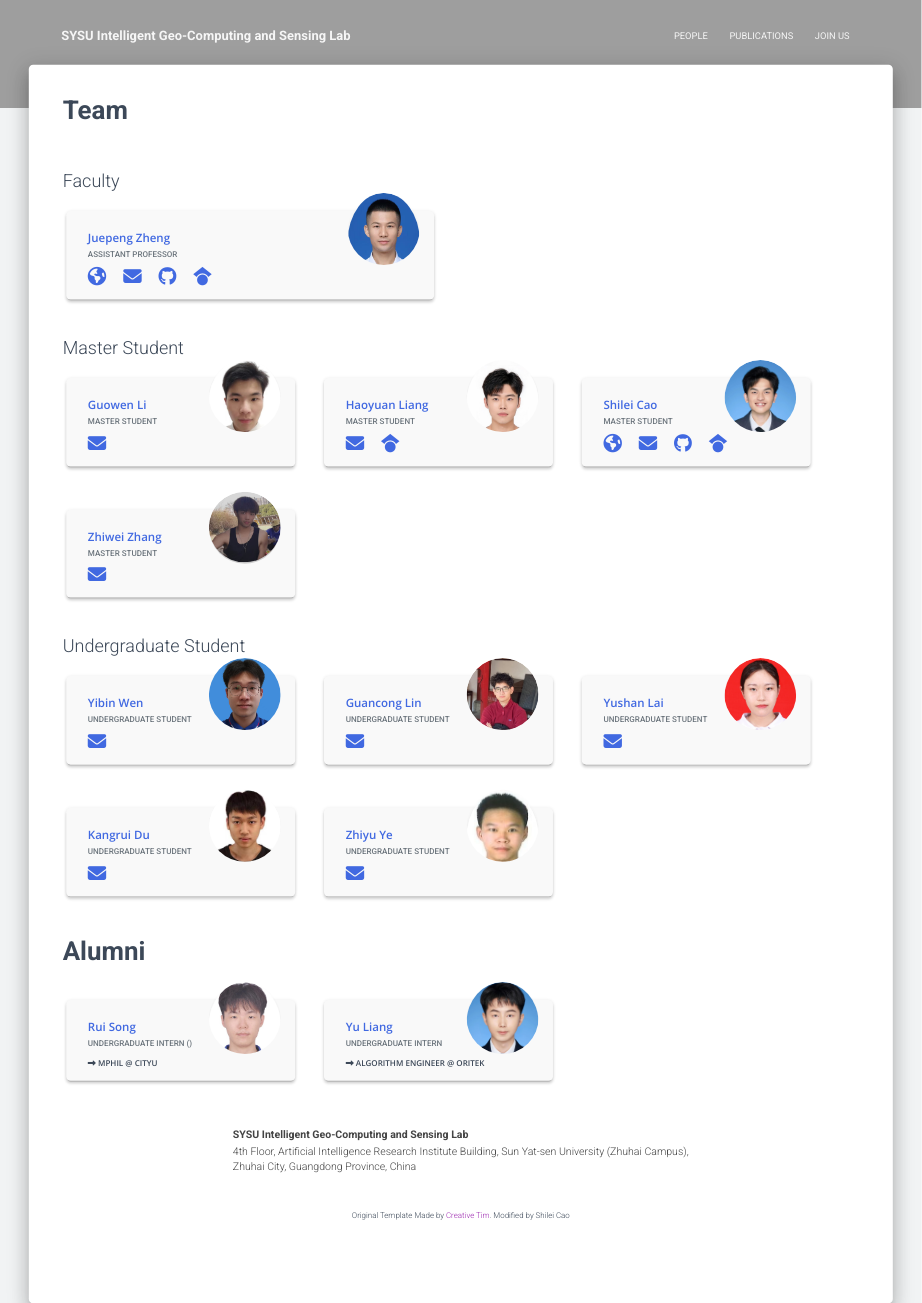
Repository: rssysu/rssysu.github.io
Page: people.html
An editor plug-in stored every save of this project. The page is shown before and after the next save, followed by the edit.
The browser window is 1280 px wide. The pictures show the whole page, at 72% of full size.
Pictures or frames that could not be fetched are drawn as grey boxes. Some web libraries are served in a nearby version.

Above is the page before, as saved 2025-03-18 20:29:32.

### people.html
<!DOCTYPE html>
<html lang="en">

<head>
    <meta charset="utf-8">
    <meta content="width=device-width, initial-scale=1.0, maximum-scale=1.0, user-scalable=0" name="viewport" />
    <meta http-equiv="X-UA-Compatible" content="IE=edge,chrome=1" />
    <!-- Favicons -->
    <!-- <link rel="apple-touch-icon" href="./assets/img/kit/free/apple-icon.png"> -->
    <link rel="icon" href="./assets/img/kit/free/sysu.ico">
    <title>
        SYSU IGCS Lab
    </title>
    <!--     Fonts and icons     -->
    <link rel="stylesheet" type="text/css" target="_blank" href="https://fonts.googleapis.com/css?family=Open+Sans:+400,500,600,700|Roboto:300,400,500,700|Roboto+Slab:400,700|Material+Icons" />
    <link rel="stylesheet" href="https://maxcdn.bootstrapcdn.com/font-awesome/latest/css/font-awesome.min.css" />
    <link rel="stylesheet" href="./assets/css/material-kit.css?v=2.0.2">
    <script src="https://kit.fontawesome.com/516fc2d02f.js" crossorigin="anonymous"></script>
    <!-- Documentation extras -->
    <!-- CSS Just for demo purpose, don't include it in your project -->
    <!-- <link href="./assets/assets-for-demo/demo.css" rel="stylesheet" /> -->
    <!-- iframe removal -->
</head>

<body class="index-page">
    <nav class="navbar navbar-color-on-scroll navbar-transparent navbar-light fixed-top navbar-expand-lg " color-on-scroll="0" id="sectionsNav">
        <div w3-include-html="header.html" class="container"></div>
    </nav>

    <div class="page-header2 header-filter clear-filter" data-parallax="true" style="background-image: url('assets/img/sysu1.jpg'); background-position-y: -170px; background-position: top;">
        <div class="container">
            <div class="row">
                <div class="col-md-8 ml-auto mr-auto">
                    <div class="brand">
                    </div>
                </div>
            </div>
        </div>
    </div>


    <div class="main main-raised">
        <div class="container">
            <div class="title" style="margin-bottom: 0em;">
              <h2><b>Team</b></h2>
            </div>
            <br>
            <div class="title" style="margin-bottom: -1em;">
                <h3>Faculty</h3>
            </div>

            <div class="row">
                <div class="card" style="width: 45%;">
                  <div class="card-body">
                        <div class="author">
                            <div class="avatar">
                                <img src="./assets/img/kit/faces/zjp-1.jpg" class="img-raised rounded-circle img-fluid"/>
                            </div>
                        </div>
                        <h4 class="card-title"> <a href= "./assets/resume/zjp.html" target="_blank"> Juepeng Zheng </a> </h4>
                        <h6 class="card-subtitle mb-2 text-muted">Assistant Professor</h6>
                        <!-- </a> -->
                    <a href="https://hail-alloy-af4.notion.site/Juepeng-Zheng-d3b70a4b409145139c91e55813cc80fa" class="card-link" target="_blank"><i class="fa fa-globe fa-2x" aria-hidden="true"></i></a>
                    <a href="mailto:" class="card-link"><i class="fa fa-envelope fa-2x" aria-hidden="true"></i></a>
                    <a href="https://github.com/rs-dl" class="card-link" target="_blank"><i class="fa fa-github fa-2x" aria-hidden="true"></i></a>
                    <a href="https://scholar.google.com/citations?user=xrb-A3kAAAAJ&hl=zh-CN&oi=ao" class="card-link" target="_blank"><i class="fa-brands fa-google-scholar fa-2x" aria-hidden="true"></i></a>
                  </div>
                </div>

            </div>

            <div class="title" style="margin-bottom: -1em;">
                <h3>Master Student</h3>
            </div>

            <div class="row">

                <div class="card" style="width: 28%;">
                    <div class="card-body">
                            <div class="author">
                                <div class="avatar">
                                    <img src="./assets/img/kit/faces/lgw.jpg" class="img-raised rounded-circle img-fluid"/>
                                </div>
                            </div>
                            <h4 class="card-title"> <a href="./assets/resume/lgw.html" target="_blank"> Guowen Li </a></h4>
                            <h6 class="card-subtitle mb-2 text-muted">Master Student</h6>

                            <a href="mailto:ligw8@mail2sysu.edu.cn" class="card-link"><i class="fa fa-envelope fa-2x" aria-hidden="true"></i></a>

                    </div>
                </div>

                <div class="card" style="width: 28%;">
                    <div class="card-body">
                            <div class="author">
                                <div class="avatar">
                                    <img src="./assets/img/kit/faces/lhy.jpg" class="img-raised rounded-circle img-fluid"/>
                                </div>
                            </div>
                            <h4 class="card-title"> <a href="./assets/resume/lhy.html" target="_blank">  Haoyuan Liang </a> </h4>
                            <h6 class="card-subtitle mb-2 text-muted">Master Student</h6>

                            <a href="mailto:lianghy68@mail2.sysu.edu.cn" class="card-link"><i class="fa fa-envelope fa-2x" aria-hidden="true"></i></a>
                            <a href="https://scholar.google.com/citations?hl=en&user=O40gNsQAAAAJ" class="card-link" target="_blank"><i class="fa-brands fa-google-scholar fa-2x" aria-hidden="true"></i></a>
                    </div>
                </div>

                <div class="card" style="width: 28%;">
                    <div class="card-body">
                          <div class="author">
                              <div class="avatar">
                                  <img src="./assets/img/kit/faces/csl.jpg" class="img-raised rounded-circle img-fluid"/>
                              </div>
                          </div>
                          <h4 class="card-title" > <a href="./assets/resume/csl.html" target="_blank">  Shilei Cao </a></h4>
                          <h6 class="card-subtitle mb-2 text-muted">Master Student</h6>
                            <a href="https://shileicao.github.io/" class="card-link" target="_blank"><i class="fa fa-globe fa-2x" aria-hidden="true"></i></a>
                            <a href="mailto:caoshlei@mail2.sysu.edu.cn" class="card-link"><i class="fa fa-envelope fa-2x" aria-hidden="true"></i></a>
                            <a href="https://github.com/ShileiCao" class="card-link" target="_blank"><i class="fa fa-github fa-2x" aria-hidden="true"></i></a>
                            <a href="https://scholar.google.com/citations?user=-bCjtakAAAAJ&hl=en" class="card-link" target="_blank"><i class="fa-brands fa-google-scholar fa-2x" aria-hidden="true"></i></a>
                    </div>
                </div>

                <div class="card" style="width: 28%;">
                    <div class="card-body">
                            <div class="author">
                                <div class="avatar">
                                    <img src="./assets/img/kit/faces/zzw.jpg" class="img-raised rounded-circle img-fluid"/>
                                </div>
                            </div>
                            <h4 class="card-title"> <a href="./assets/resume/zzw.html" target="_blank">  Zhiwei Zhang </a> </h4>
                            <h6 class="card-subtitle mb-2 text-muted">Master Student</h6>
                            <a href="mailto:zhangzhw65@mail2.sysu.edu.cn" class="card-link"><i class="fa fa-envelope fa-2x" aria-hidden="true"></i></a>
                    </div>
                </div>

            </div>


            <div class="title" style="margin-bottom: -1em;">
                <h3>Undergraduate Student</h3>
            </div>

            <div class="row">


                <div class="card" style="width: 28%;">
                    <div class="card-body">
                          <div class="author">
                              <div class="avatar">
                                  <img src="./assets/img/kit/faces/wyb.jpg" class="img-raised rounded-circle img-fluid"/>
                              </div>
                          </div>
                          <h4 class="card-title"> <a href="./assets/resume/wyb.html" target="_blank"> Yibin Wen </a></h4>
                          <h6 class="card-subtitle mb-2 text-muted">Undergraduate Student</h6>

                            <a href="mailto:wenyb5@mail2.sysu.edu.cn" class="card-link"><i class="fa fa-envelope fa-2x" aria-hidden="true"></i></a>

                    </div>
                </div>

                <div class="card" style="width: 28%;">
                    <div class="card-body">
                          <div class="author">
                              <div class="avatar">
                                  <img src="./assets/img/kit/faces/lgc.jpg" class="img-raised rounded-circle img-fluid"/>
                              </div>
                          </div>
                          <h4 class="card-title"> <a href="./assets/resume/lgc.html" target="_blank">  Guancong Lin </a></h4>
                          <h6 class="card-subtitle mb-2 text-muted">Undergraduate Student</h6>

                            <a href="mailto:lingc8@mail2.sysu.edu.cn" class="card-link"><i class="fa fa-envelope fa-2x" aria-hidden="true"></i></a>

                    </div>
                </div>

                <div class="card" style="width: 28%;">
                    <div class="card-body">
                          <div class="author">
                              <div class="avatar">
                                  <img src="./assets/img/kit/faces/lys.jpg" class="img-raised rounded-circle img-fluid"/>
                              </div>
                          </div>
                          <h4 class="card-title"> <a href="./assets/resume/lys.html" target="_blank"> Yushan Lai </a></h4>
                          <h6 class="card-subtitle mb-2 text-muted">Undergraduate Student</h6>

                            <a href="mailto:laiysh6@mail2.sysu.edu.cn" class="card-link"><i class="fa fa-envelope fa-2x" aria-hidden="true"></i></a>

                    </div>
                </div>

                <div class="card" style="width: 28%;">
                    <div class="card-body">
                          <div class="author">
                              <div class="avatar">
                                  <img src="./assets/img/kit/faces/dkr.jpg" class="img-raised rounded-circle img-fluid"/>
                              </div>
                          </div>
                          <h4 class="card-title"> <a href="./assets/resume/dkr.html" target="_blank"> Kangrui Du </a></h4>
                          <h6 class="card-subtitle mb-2 text-muted">Undergraduate Student</h6>

                            <a href="mailto:dukr6@mail2.sysu.edu.cn" class="card-link"><i class="fa fa-envelope fa-2x" aria-hidden="true"></i></a>

                    </div>
                </div>

                <div class="card" style="width: 28%;">
                    <div class="card-body">
                          <div class="author">
                              <div class="avatar">
                                  <img src="./assets/img/kit/faces/yzy.jpg" class="img-raised rounded-circle img-fluid"/>
                              </div>
                          </div>
                          <h4 class="card-title"> <a href="./assets/resume/yzy.html" target="_blank"> Zhiyu Ye </a></h4>
                          <h6 class="card-subtitle mb-2 text-muted">Undergraduate Student</h6>
                          <a href="mailto:yezhy26@mail2.sysu.edu.cn" class="card-link"><i class="fa fa-envelope fa-2x" aria-hidden="true"></i></a>

                    </div>
                </div>

            </div>



            <div class="title" style="margin-bottom: 0em;">
              <h2><b>Alumni</b></h2>
            </div>
            <div class="row">

            <div class="card" style="width: 28%;">
                <div class="card-body">
                      <div class="author">
                          <div class="avatar">
                              <img src="./assets/img/kit/faces/sr.jpg" class="img-raised rounded-circle img-fluid"/>
                          </div>
                      </div>
                      <h4 class="card-title"> <a href="./assets/resume/sr.html" target="_blank"> Rui Song </a> </h4>
                      <h6 class="card-subtitle mb-2 text-muted">Undergraduate Intern ()</h6>
                      <h6 class="card-title"> <i class="fa fa-long-arrow-right" aria-hidden="true"></i> MPhil @ CityU </h6>
                        <!-- <a href="mailto:1223324036@qq.com" class="card-link"><i class="fa fa-envelope fa-2x" aria-hidden="true"></i></a>        -->

                </div>
            </div>

            <div class="card" style="width: 28%;">
                <div class="card-body">
                      <div class="author">
                          <div class="avatar">
                              <img src="./assets/img/kit/faces/ly.jpg" class="img-raised rounded-circle img-fluid"/>
                          </div>
                      </div>
                      <h4 class="card-title"> <a href="./assets/resume/ly.html" target="_blank">  Yu Liang </a> </h4>
                      <h6 class="card-subtitle mb-2 text-muted">Undergraduate Intern </h6>
                      <h6 class="card-title"> <i class="fa fa-long-arrow-right" aria-hidden="true"></i> Algorithm Engineer @ Oritek </h6>
                        <!-- <a href="mailto:liangy283@mail2.sysu.edu.cn" class="card-link"><i class="fa fa-envelope fa-2x" aria-hidden="true"></i></a>        -->

                </div>
            </div>

        </div>
    <!--     <div>

                <h4 class="card-title" style="margin-bottom: -0.5em;">Hyunseo Koh<font size="3em"> <font color="gray">(GIST MS, 2023)</font> <i class="fa fa-long-arrow-right" aria-hidden="true"></i> TBD</font></h4>
                <h4 class="card-title" style="margin-bottom: -0.5em;">Jihun Kim<font size="3em"> <font color="gray">(GIST MS, 2023)</font> <i class="fa fa-long-arrow-right" aria-hidden="true"></i> Minds and company (Mil. Oblig.)</font></h4>
                <h4 class="card-title" style="margin-bottom: -0.5em;">Dahyun Kim<font size="3em"> <font color="gray">(GIST MS, 2022)</font> <i class="fa fa-long-arrow-right" aria-hidden="true"></i> Upstage (Mil. Oblig.)</font></h4>
                <h4 class="card-title" style="margin-bottom: -0.5em;">YeongWoo Nam<font size="3em"> <font color="gray">(GIST MS, 2022)</font> <i class="fa fa-long-arrow-right" aria-hidden="true"></i> Saige Research (Mil. Oblig.)</font></h4>
                <h4 class="card-title" style="margin-bottom: -0.5em;">Taeil Oh<font size="3em"> <font color="gray">(GIST MS, 2022)</font> <i class="fa fa-long-arrow-right" aria-hidden="true"></i> Alsemy</font></h4>
                <h4 class="card-title" style="margin-bottom: -0.5em;">Mohammad Mostafavi<font size="3em"> <font color="gray">(GIST Ph.D., 2021, co-advised by Prof. Kuk-Jin Yoon (KAIST))</font> <i class="fa fa-long-arrow-right" aria-hidden="true"></i> Research Scientist @ Lunit</font></h4>
                <h4 class="card-title" style="margin-bottom: -0.5em;">Dongmin Kang <font size="3em"><font color="gray">(GIST MS, 2021)</font> <i class="fa fa-long-arrow-right" aria-hidden="true"></i> Researcher @ GIST AI Institute (Mil. Oblig.) <i class="fa fa-long-arrow-right" aria-hidden="true"></i> SI Analytics (Mil. Oblig.)</h4>
                <h4 class="card-title" style="margin-bottom: -0.5em;">Jinwoo Nam <font size="3em"><font color="gray">(GIST MS, 2021)</font> <i class="fa fa-long-arrow-right" aria-hidden="true"></i> Knowre Inc. (Mil. Oblig.)</h4>
                <h4 class="card-title" style="margin-bottom: -0.5em;">Yeonsik Jo <font size="3em"><font color="gray">(GIST MS, 2021)</font> <i class="fa fa-long-arrow-right" aria-hidden="true"></i> Research Engineer @ LG AI Research</h4>

                <div style="margin-bottom: 2em;"></div>

            </div> -->
<!--
            <div class="title" style="margin-bottom: 0em;">
                <h3>Alumni - Undergraduate Interns</h3>
            </div>

            <div>

                <h4 class="card-title" style="margin-bottom: -0.5em;">Yu Yeong Kim<font size="3em"> <font color="gray">(GIST BS, 2023)</font> <i class="fa fa-long-arrow-right" aria-hidden="true"></i> KAIST GS AI</font></h4>
                <h4 class="card-title" style="margin-bottom: -0.5em;">Daneul Kim<font size="3em"> <font color="gray">(GIST BS, 2023)</font> <i class="fa fa-long-arrow-right" aria-hidden="true"></i> SNU GS AI</font></h4>
                <h4 class="card-title" style="margin-bottom: -0.5em;">Pratham Sahu<font size="3em"> <font color="gray">(IITK BS, 2025?)</font> <i class="fa fa-long-arrow-right" aria-hidden="true"></i> TBD</font></h4>
                <h4 class="card-title" style="margin-bottom: -0.5em;">Divyam Goel<font size="3em"> <font color="gray">(IITR BS, 2023)</font> <i class="fa fa-long-arrow-right" aria-hidden="true"></i> TBD</font></h4>
                <h4 class="card-title" style="margin-bottom: -0.5em;">Suvaansh Bhambri<font size="3em"> <font color="gray">(IITR BS, 2022)</font> <i class="fa fa-long-arrow-right" aria-hidden="true"></i> TBD</font></h4>
                <h4 class="card-title" style="margin-bottom: -0.5em;">Sunoh Lee<font size="3em"> <font color="gray">(GIST BS, 2022)</font> <i class="fa fa-long-arrow-right" aria-hidden="true"></i> Researcher @ ADD (Mil. Oblig.)</font></h4>
                <h4 class="card-title" style="margin-bottom: -0.5em;">Ashish Sinha<font size="3em"> <font color="gray">(IITR BS, 2021)</font> <i class="fa fa-long-arrow-right" aria-hidden="true"></i> Grad. Student @ Simon Fraser University</font></h4>
                <h4 class="card-title" style="margin-bottom: -0.5em;">Daeun Kyung<font size="3em"> <font color="gray">(GIST BS, 2021)</font> <i class="fa fa-long-arrow-right" aria-hidden="true"></i> Grad. student @ KAIST GS AI</h4>
                <h4 class="card-title" style="margin-bottom: -0.5em;">Kunal Pratap Singh <font size="3em"><font color="gray">(IITR BS, 2021)</font> <i class="fa fa-long-arrow-right" aria-hidden="true"></i> Predoctoral Young Investigator @ AI2 <i class="fa fa-long-arrow-right" aria-hidden="true"></i> Ph.D. Student @ EPFL</h4>
                <h4 class="card-title" style="margin-bottom: -0.5em;">Jaeyoung Ahn <font size="3em"><font color="gray">(GIST BS, 2021)</font> <i class="fa fa-long-arrow-right" aria-hidden="true"></i> Deeping Source Inc.</h4>
                <h4 class="card-title" style="margin-bottom: -0.5em;">Dahyun Kim<font size="3em"> <font color="gray">(GIST BS, 2020)</font> <i class="fa fa-long-arrow-right" aria-hidden="true"></i> Join our lab</font></h4>
                <h4 class="card-title" style="margin-bottom: -0.5em;">Donggun Lee <font size="3em"><font color="gray">(GIST BS, 2020)</font> <i class="fa fa-long-arrow-right" aria-hidden="true"></i> Grad. student @ POSTECH Graphics Lab.</h4>
                <h4 class="card-title" style="margin-bottom: -0.5em;">Jihwan Bae <font size="3em"><font color="gray">(GIST BS, 2020)</font> <i class="fa fa-long-arrow-right" aria-hidden="true"></i> Researcher @ ADD (Mil. Oblig.)</font></h4>

                <div style="margin-bottom: 2em;"></div>

            </div>
        </div>
    </div> -->
    <!--  End Modal -->
    <div w3-include-html="footer.html"></div>

    <!--   Core JS Files   -->
    <script src="./assets/js/core/jquery.min.js"></script>
    <script src="./assets/js/core/popper.min.js"></script>
    <script src="./assets/js/bootstrap-material-design.js"></script>
    <!--  Plugin for Date Time Picker and Full Calendar Plugin  -->
    <script src="./assets/js/plugins/moment.min.js"></script>
    <!--	Plugin for the Datepicker, full documentation here: https://github.com/Eonasdan/bootstrap-datetimepicker -->
    <script src="./assets/js/plugins/bootstrap-datetimepicker.min.js"></script>
    <!--	Plugin for the Sliders, full documentation here: http://refreshless.com/nouislider/ -->
    <script src="./assets/js/plugins/nouislider.min.js"></script>
    <!-- Material Kit Core initialisations of plugins and Bootstrap Material Design Library -->
    <script src="./assets/js/material-kit.js?v=2.0.2"></script>
    <!-- Fixed Sidebar Nav - js With initialisations For Demo Purpose, Don't Include it in your project -->
    <script src="./assets/assets-for-demo/js/material-kit-demo.js"></script>
    <!-- including html -->
    <script src="./assets/js/include-html.js"></script>
    <script>
        $(document).ready(function() {

            //init DateTimePickers
            materialKit.initFormExtendedDatetimepickers();

            // // Sliders Init
            // materialKit.initSliders();

            includeHTML();
        });
    </script>
</body>

</html>

Loaded but not shown: assets/css/material-kit.css (library); assets/js/core/jquery.min.js (library); assets/js/core/popper.min.js (library); assets/js/bootstrap-material-design.js (library); assets/js/plugins/moment.min.js (library); assets/js/plugins/bootstrap-datetimepicker.min.js (library); assets/js/plugins/nouislider.min.js (library); assets/js/material-kit.js (446 lines, source omitted); assets/assets-for-demo/js/material-kit-demo.js (98 lines, source omitted); assets/js/include-html.js (27 lines, source omitted); header.html (59 lines, source omitted); footer.html (36 lines, source omitted)

After the next save:
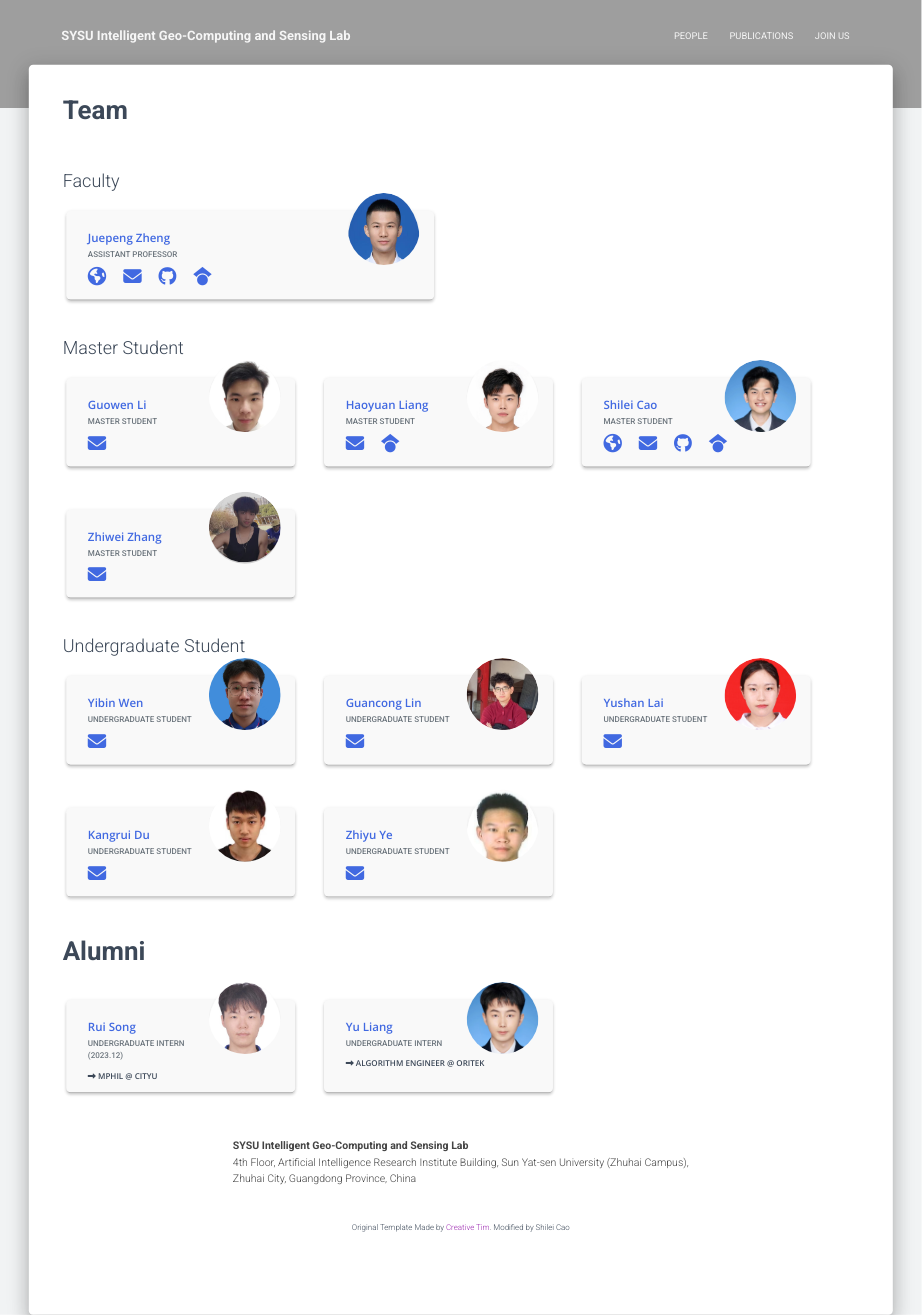
Saved 4 min 33 s later.
--- a/people.html
+++ b/people.html
@@ -235,7 +235,7 @@
                           </div>
                       </div>
                       <h4 class="card-title"> <a href="./assets/resume/sr.html" target="_blank"> Rui Song </a> </h4>
-                      <h6 class="card-subtitle mb-2 text-muted">Undergraduate Intern ()</h6>
+                      <h6 class="card-subtitle mb-2 text-muted">Undergraduate Intern (2023.12)</h6>
                       <h6 class="card-title"> <i class="fa fa-long-arrow-right" aria-hidden="true"></i> MPhil @ CityU </h6>
                         <!-- <a href="mailto:1223324036@qq.com" class="card-link"><i class="fa fa-envelope fa-2x" aria-hidden="true"></i></a>        -->
 
